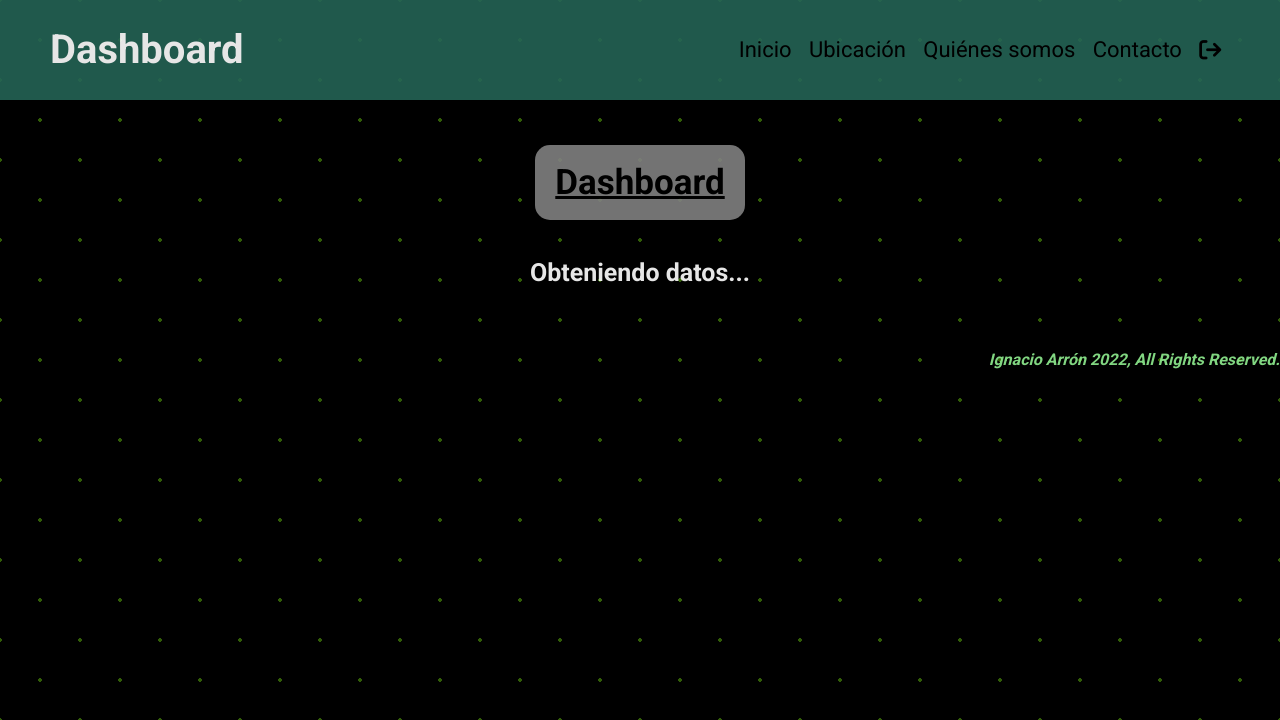
Repository: Divineridh/lppa-parcial2
Page: dashboard.html
An editor plug-in stored every save of this project. The page is shown before and after the next save, followed by the edit.
The browser window is 1280 px wide. The pictures show the whole page.
The page's requests for data from a server got no answer. Some web libraries are served in a nearby version.

Above is the page before, as saved 2022-07-04 21:00:00.

After the next save:
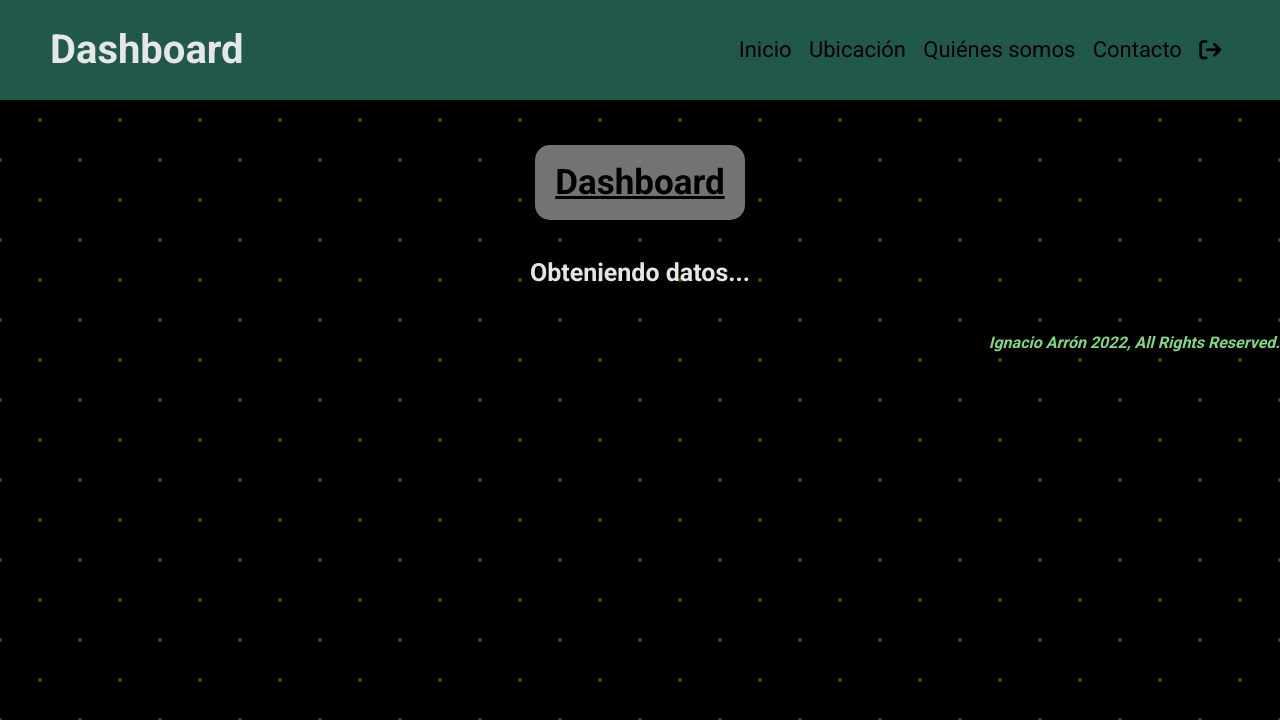
Saved 8 s later.
--- a/styles/style.css
+++ b/styles/style.css
@@ -67,7 +67,7 @@ footer{
     height: 50px;
     display: flex;
     justify-content: right;
-    align-items: center;
+    align-items: bottom;
     margin-top: 30px;
     margin-bottom: 15px;
 }
